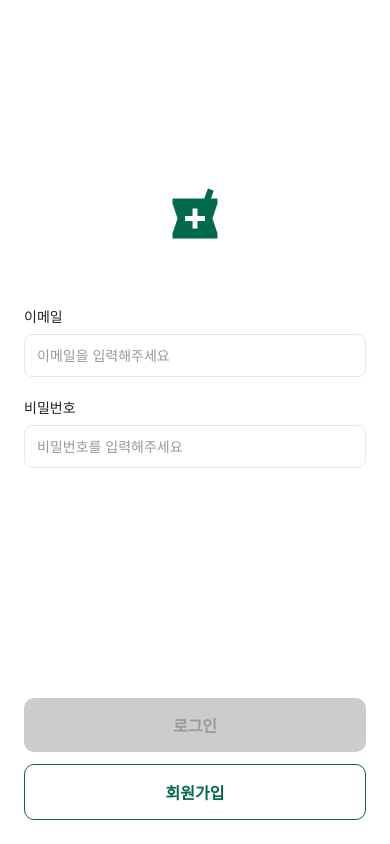
Repository: Sesac-icare/FrontEndiCare
Screen: / (app in iCare/)
These files come from the project's save history. The screen is drawn as it stood at one moment and after the next save; the edit follows.
The app was drawn by React Native's web renderer in a window 390 px wide. The project was rebuilt for these pictures with package versions that can differ from the ones it lists, and the page was loaded fresh each time. Some packages were replaced by stand-ins written for this rebuild. Also part of the build but not shown: iCare/components/Header.js, iCare/components/Contents.js, iCare/components/HospitalList.js, iCare/components/PharmacyList.js, iCare/components/MyPage.js, iCare/components/auth/SignUp.js, iCare/components/DocumentStorage.js.

Above is the screen before, as saved 2025-02-06 11:40:32.

After the next save:
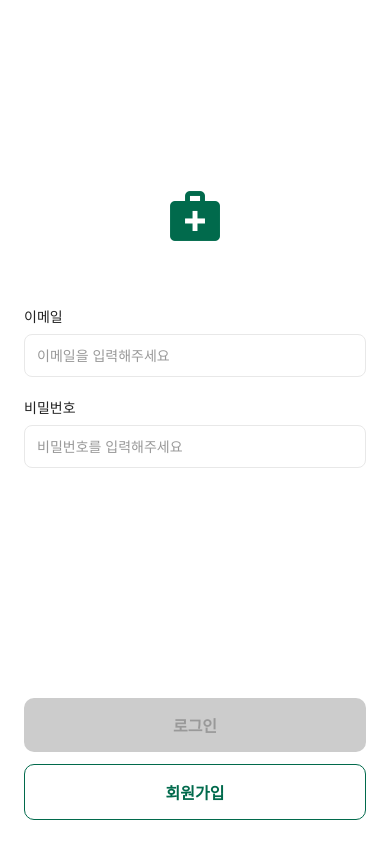
Saved 2 min 1 s later.
--- a/iCare/components/auth/Login.js
+++ b/iCare/components/auth/Login.js
@@ -61,7 +61,7 @@ export default function Login() {
       >
         <View style={styles.content}>
           <View style={styles.logoContainer}>
-            <MaterialIcons name="local-pharmacy" size={60} color="#016A4C" />
+            <MaterialIcons name="medical-services" size={60} color="#016A4C" />
           </View>
 
           <View style={styles.inputSection}>
